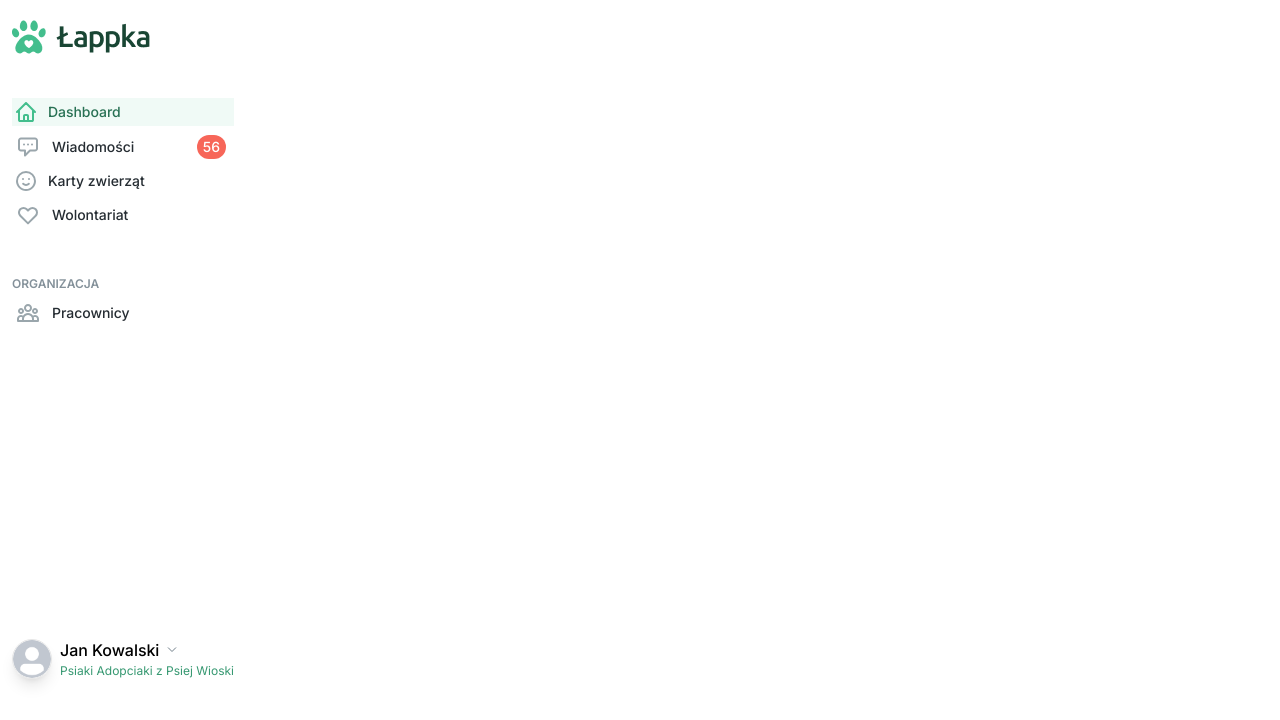
Repository: michalmilek/lappka
Page: /dashboard
The author's editor kept a copy of each file at every save. The page is drawn from the files as they stood at one save, then again after the next save.
The browser window is 1280 px wide. The pictures show the whole page.
The project was rebuilt for these pictures with package versions that can differ from the ones it lists, and the page was loaded fresh each time. Also part of the build but not shown: src/components/customComponents/FormInput.tsx, src/components/customComponents/Button.tsx, src/components/LoginForm.tsx, src/components/Form/Form.tsx, src/pages/Login.tsx.

Above is the page before, as saved 2023-03-28 12:24:50.

After the next save:
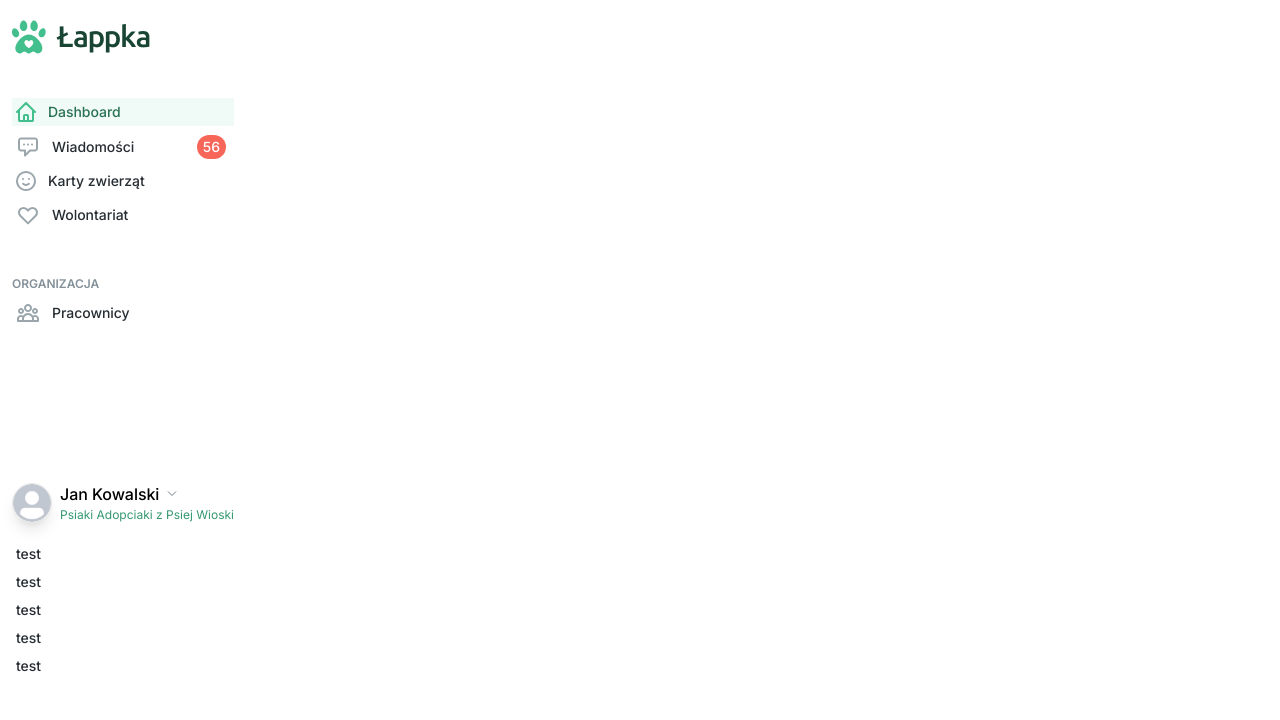
Saved 3 min 21 s later.
--- a/src/components/Sidebar/Sidebar.tsx
+++ b/src/components/Sidebar/Sidebar.tsx
@@ -6,6 +6,7 @@
 import { ReactComponent as HeartIcon } from "./icons/Heart.svg";
 import { ReactComponent as EmployeesIcon } from "./icons/Workers.svg";
 import { ReactComponent as ArrowIcon } from "./icons/Arrow.svg";
+import { motion as m } from "framer-motion";
 
 const Sidebar = () => {
   return (
@@ -45,7 +46,7 @@
           </ul>
         </div>
       </div>
-      <div className="flex flex-col">
+      <div className="flex flex-col gap-4">
         <div className="flex gap-2 items-center justify-center">
           <img
             className="w-10 h-10 rounded-full border-opacity01 border shadow-lg"
@@ -62,6 +63,13 @@
             </p>
           </div>
         </div>
+        <ul className="flex flex-col">
+          <li className="listLink">test</li>
+          <li className="listLink">test</li>
+          <li className="listLink">test</li>
+          <li className="listLink">test</li>
+          <li className="listLink">test</li>
+        </ul>
       </div>
     </div>
   );

After the 3 saves that followed:
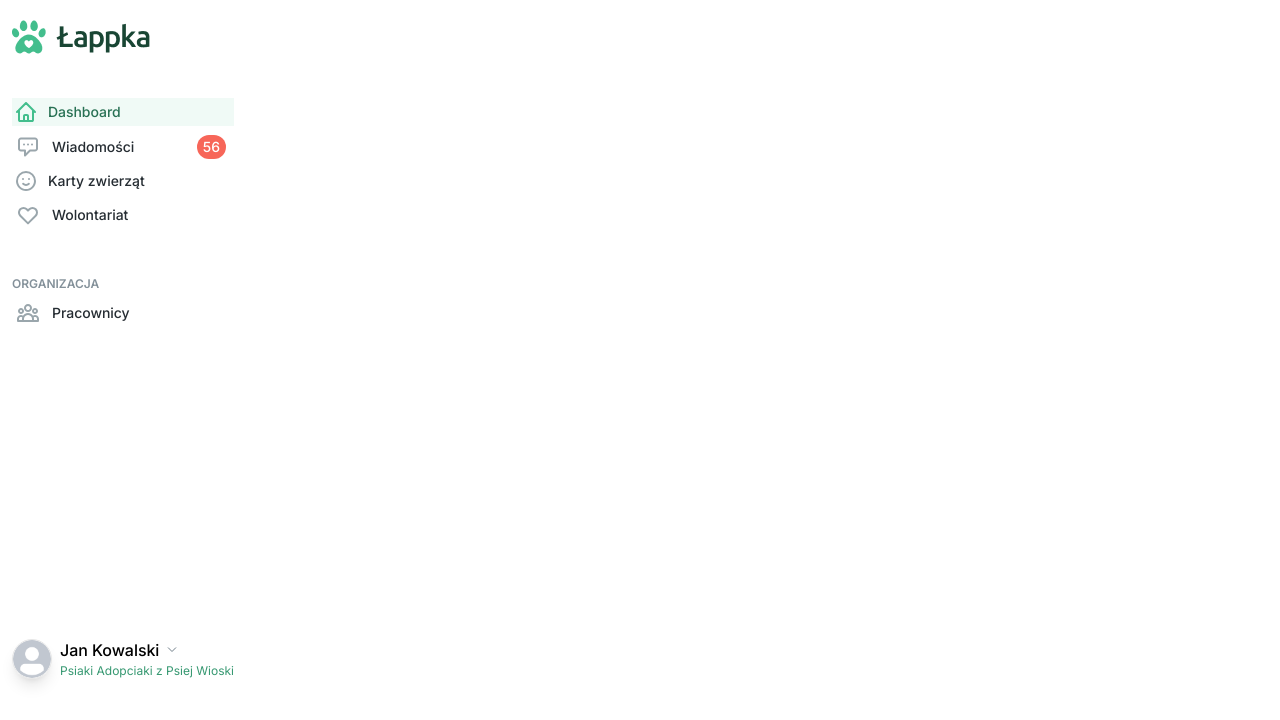
The 3 saves are shown as one change because 2 left the picture as it was.
The last was saved 3 min 0 s later.
--- a/src/components/Sidebar/Sidebar.tsx
+++ b/src/components/Sidebar/Sidebar.tsx
@@ -1,4 +1,4 @@
-import React from "react";
+import React, { useState } from "react";
 import Logo from "./Logo.png";
 import { ReactComponent as HomeIcon } from "./icons/Vector.svg";
 import { ReactComponent as MessageIcon } from "./icons/Messages.svg";
@@ -9,6 +9,7 @@
 import { motion as m } from "framer-motion";
 
 const Sidebar = () => {
+  const [isOpen, setIsOpen] = useState(false);
   return (
     <div className="px-3 py-5 pb-10 min-h-screen flex flex-col min-w-[200px] justify-between">
       <div className="flex flex-col items-start justify-start gap-11">
@@ -63,7 +64,7 @@
             </p>
           </div>
         </div>
-        <ul className="flex flex-col">
+        <ul className={`${isOpen ? "flex flex-col" : "hidden"}`}>
           <li className="listLink">test</li>
           <li className="listLink">test</li>
           <li className="listLink">test</li>
